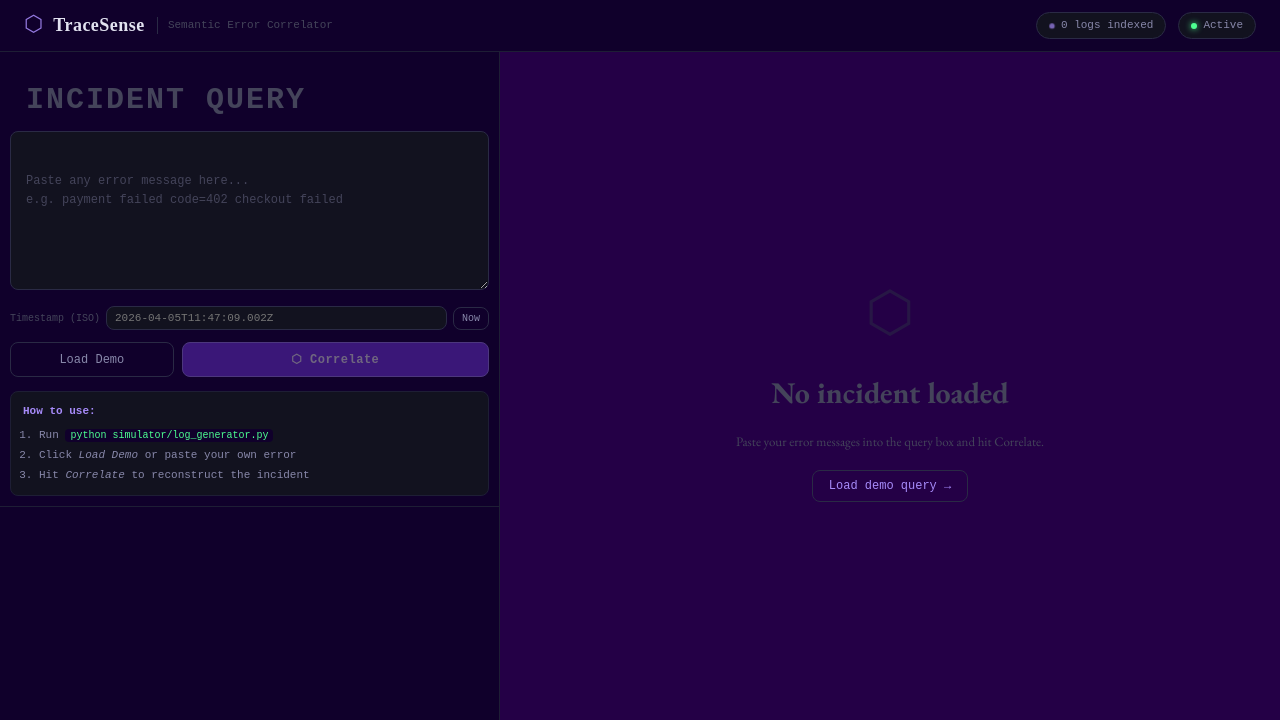
Repository: SaranyaM15/AI_Engineer_Journey
Page: / (app in tracesense/frontend/)
These files come from the project's save history. The page is drawn as it stood at one moment and after the next save; the edit follows.
The browser window is 1280 px wide. The pictures show the whole page.
The page's requests for data from a server got no answer. Some web fonts or font styles are not loaded; a fallback is used. The project was rebuilt for these pictures with package versions that can differ from the ones it lists, and the page was loaded fresh each time. No one was signed in, and anything a server would have sent is missing. Also part of the build but not shown: tracesense/frontend/vite.config.js, tracesense/frontend/src/components/Timeline.jsx, tracesense/frontend/src/components/LogFeed.jsx.

Above is the page before, as saved 2026-04-05 19:05:09.

After the next save:
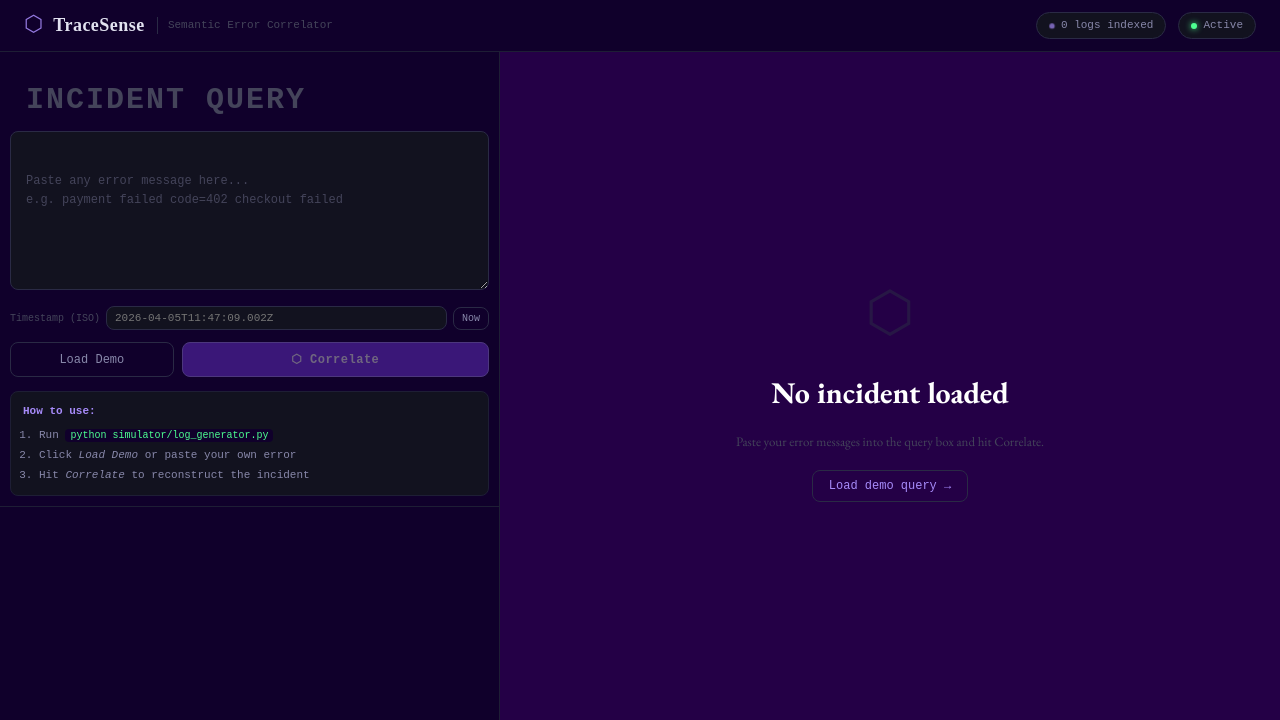
Saved 25 s later.
--- a/tracesense/frontend/src/App.css
+++ b/tracesense/frontend/src/App.css
@@ -438,7 +438,7 @@ body {
 .empty-state h2 {
  font-family: 'EB Garamond', serif;
   font-weight: 600;
-  color:       var(--text3);
+  color:       #ffffff;
   font-size:   30px;
 }
 
